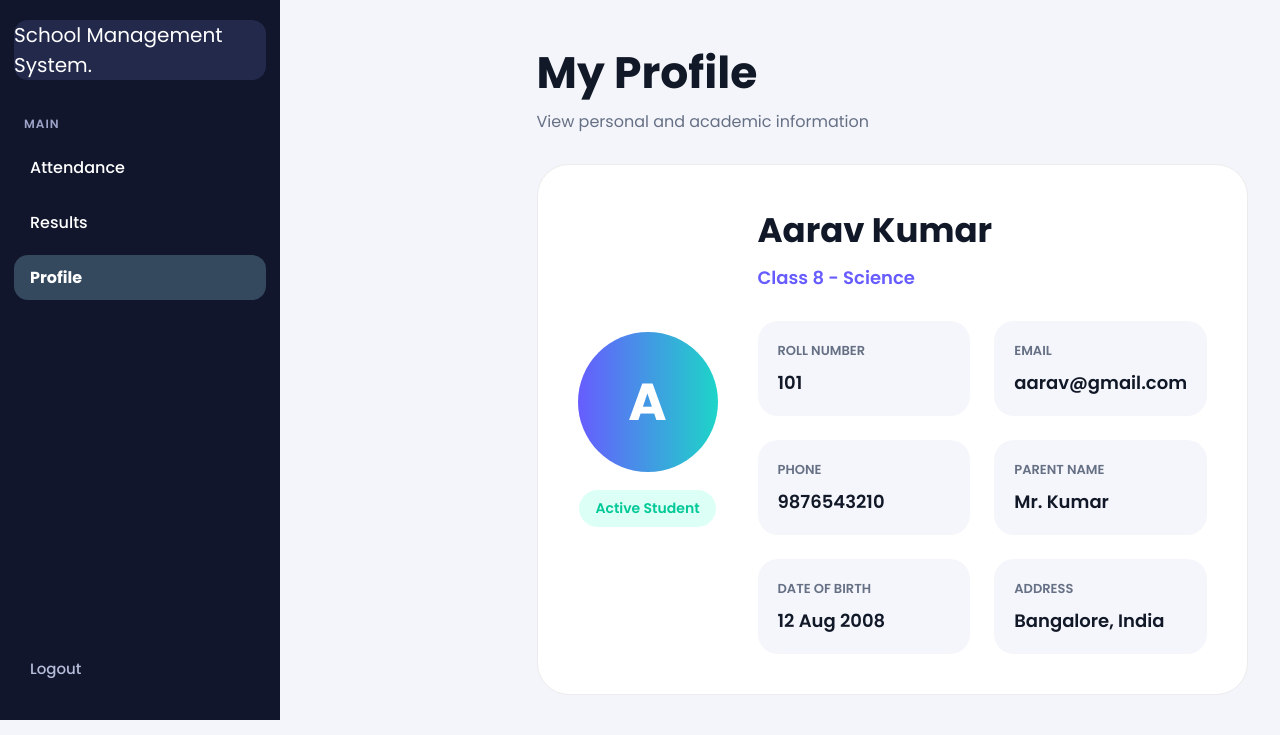
Repository: rohit-rk-07/school_management_system
Page: http://localhost/School_Management_System/student/profile.jsp
An editor plug-in stored every save of this project. The page is shown before and after the next save, followed by the edit.
The browser window is 1280 px wide. The pictures show the whole page.
The page is served by Tomcat 10.

Above is the page before, as saved 2026-05-22 04:29:50.
Console error: TypeError: Cannot read properties of null (reading 'addEventListener')

After the next save:
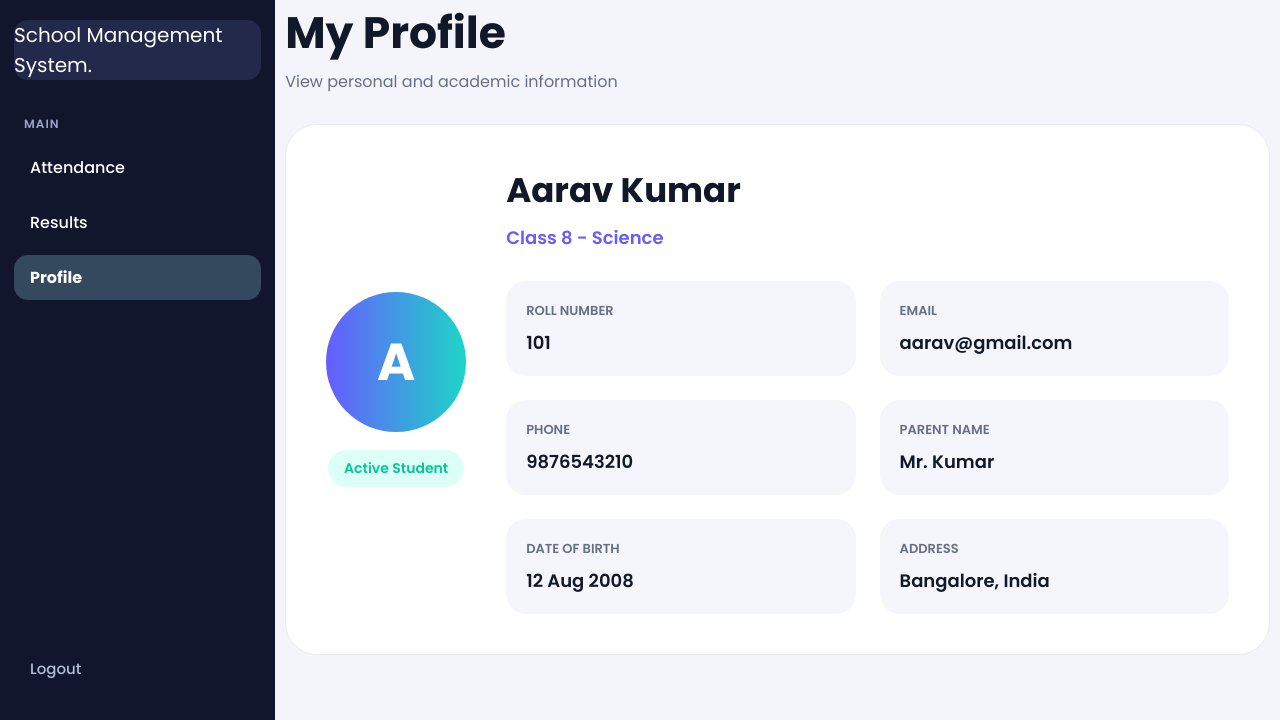
Saved 16 s later.
--- a/School_Management_System/src/main/webapp/student/profile.jsp
+++ b/School_Management_System/src/main/webapp/student/profile.jsp
@@ -31,7 +31,8 @@
         }
 
         .studentProfileContainer{
-            padding:40px 32px;
+            padding:0px 10px;
+            width: 80%;
         }
 
         .studentProfileHeading{
